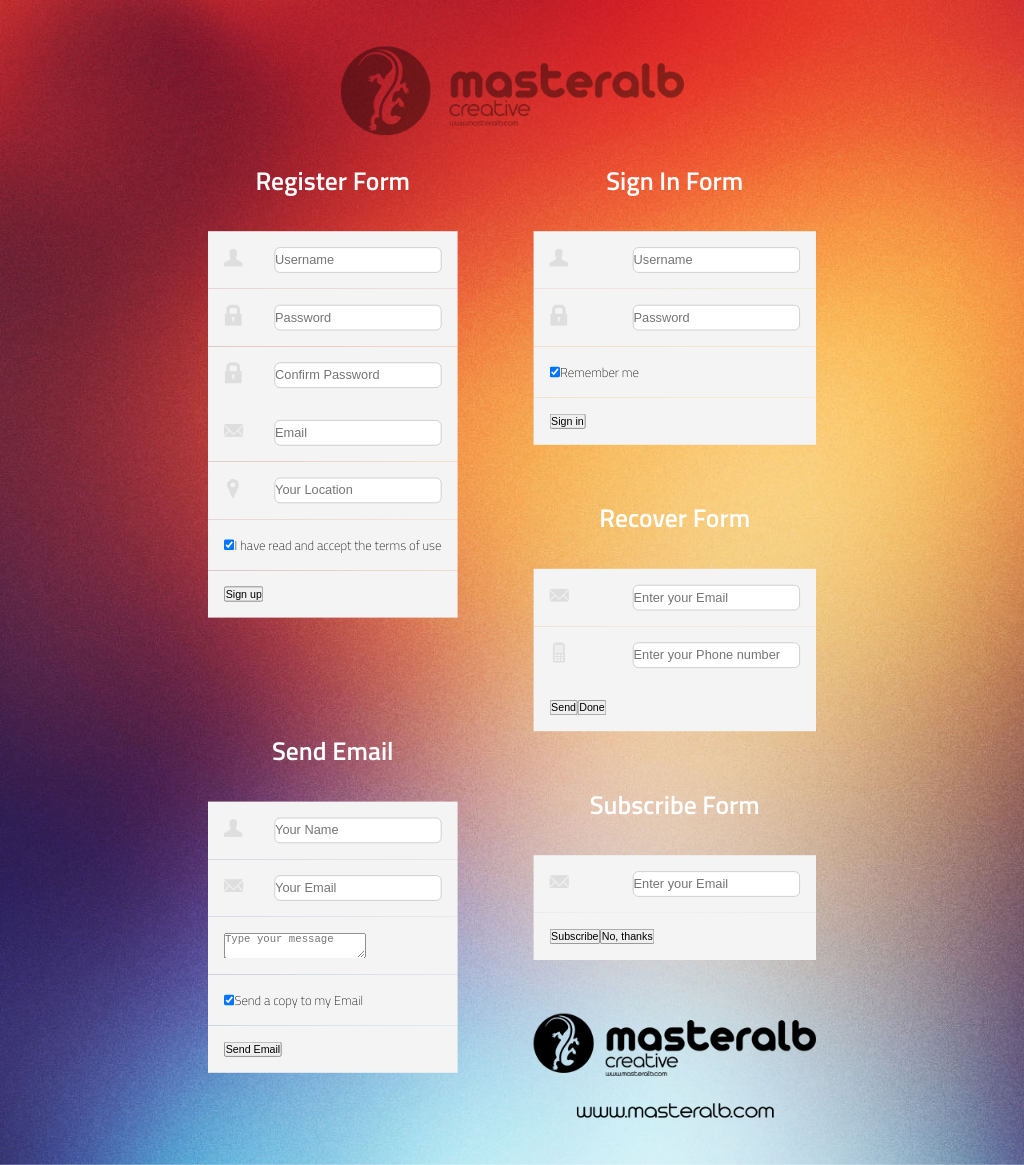
Repository: achwesiuk/PSD-Masteralb
Page: index.html
An editor plug-in stored every save of this project. The page is shown before and after the next save, followed by the edit.
The browser window is 1280 px wide. The pictures show the whole page, at 80% of full size.
Backgrounds fixed to the window are drawn as part of the page. The style sheet was rebuilt from its Sass, Less or Tailwind sources for each picture, by a compiler version that may differ from the author's.

Above is the page before, as saved 2021-03-12 19:34:37.

### index.html
<!DOCTYPE html>
<html lang="en">
<head>
    <meta charset="UTF-8">
    <meta http-equiv="X-UA-Compatible" content="IE=edge">
    <meta name="viewport" content="width=device-width, initial-scale=1.0">
    <title>Masteralb Creative</title>
    <link rel="stylesheet" type="text/css" href="css/main.css">
    <link href="https://fonts.googleapis.com/css2?family=Titillium+Web:wght@200;600&display=swap" rel="stylesheet">
</head>
<body>
    <header class="header">
        <img src="img/logo_1.png" alt="Logo 1" class="header__logo">
    </header>
    <main class="main">

        <div class="container">
            <h3 class="container__header">Register Form</h3>
            <form class="form">
                <div class="form__group">
                    <label for="name-1" class="form__desc">
                        <img src="img/username.png" alt="Username" class="form__img">
                    </label>
                    <span class="form__line"></span>
                    <input type="text" id="name-1" placeholder="Username" class="form__input" required>
                </div>

                <div class="form__group">
                    <label for="password-1" class="form__desc">
                        <img src="img/password.png" alt="Password" class="form__img">
                    </label>
                    <span class="form__line"></span>
                    <input type="password" id="password-1" placeholder="Password" class="form__input" required>
                </div>

                <div class="form__group">
                    <label for="confirm" class="form__desc">
                        <img src="img/password.png" alt="Password" class="form__img">
                    </label>
                    <span class="form__line"></span>
                    <input type="text" id="confirm" placeholder="Confirm Password" class="form__input" required>
                </div>

                <div class="form__group">
                    <label for="message-1" class="form__desc">
                        <img src="img/email.png" alt="Email" class="form__img">
                    </label>
                    <span class="form__line"></span>
                    <input type="email" id="message-1" placeholder="Email" class="form__input" required>
                </div>

                <div class="form__group">
                    <label for="location" class="form__desc">
                        <img src="img/icon_maps.png" alt="Location" class="form__img">
                    </label>
                    <span class="form__line"></span>
                    <input type="text" id="location" placeholder="Your Location" class="form__input" required>
                </div>

                <div class="form__group">
                    <input type="checkbox" name="terms" class="form__tick" checked>
                    <label class="form__desc">I have read and accept the terms of use</label>
                </div>

                <div class="form__group">
                    <input type="submit" value="Sign up" class="form__btn form__btn--big">
                </div>
            </form>
        </div>

        <div class="container">
            <h2 class="container__header">Send Email</h2>
            <form class="form">
                <div class="form__group">
                    <label for="name-2" class="form__desc">
                         <img src="img/username.png" alt="Username" class="form__img">
                    </label>
                    <span class="form__line"></span>
                    <input type="text" id="name-2" placeholder="Your Name" class="form__input" required>
                </div>

                <div class="form__group">
                    <label for="message-2" class="form__desc">
                        <img src="img/email.png" alt="Email" class="form__img">
                    </label>
                    <span class="form__line"></span>
                    <input type="email" id="message-2" placeholder="Your Email" class="form__input" required>
                </div>

                <div class="form__group">
                    <textarea name="message" placeholder="Type your message" class="form__message"></textarea>
                </div>

                <div class="form__group">
                    <input type="checkbox" name="terms" class="form__tick" checked>
                    <label class="form__desc">Send a copy to my Email</label>
                </div>

                <div class="form__group">
                    <input type="submit" value="Send Email" class="form__btn form__btn--big">
                </div>
            </form>
        </div>

        <div class="container">
            <h2 class="container__header">Sign In Form</h2>
            <form class="form">
                <div class="form__group">
                    <label for="name-3" class="form__desc">
                        <img src="img/username.png" alt="Username" class="form__img">
                    </label>
                    <span class="form__line"></span>
                    <input type="text" id="name-3" placeholder="Username" class="form__input" required>
                </div>

                <div class="form__group">
                    <label for="password-2" class="form__desc">
                        <img src="img/password.png" alt="Password" class="form__img">
                    </label>
                    <span class="form__line"></span>
                    <input type="password" id="password-2" placeholder="Password" class="form__input" required>
                </div>

                <div class="form__group">
                    <input type="checkbox" name="terms" class="form__tick" checked>
                    <label class="form__desc">Remember me</label>
                </div>

                <div class="form__group">
                    <input type="submit" value="Sign in" class="form__btn form__btn--big">
                </div>
            </form>
        </div>

        <div class="container">
            <h2 class="container__header">Recover Form</h2>
            <form class="form">
                <div class="form__group">
                    <label for="email-3" class="form__desc">
                        <img src="img/email.png" alt="Email" class="form__img">
                    </label>
                    <span class="form__line"></span>
                    <input type="email" id="email-3" placeholder="Enter your Email" class="form__input" required>
                </div>

                <div class="form__group">
                    <label for="number" class="form__desc">
                        <img src="img/phone.png" alt="Phone Number" class="form__img">
                    </label>
                    <span class="form__line"></span>
                    <input type="text" id="number" placeholder="Enter your Phone number" class="form__input" required>
                </div>

                <div class="form__group">
                    <input type="submit" value="Send" class="form__btn form__btn--small">
                    <input type="submit" value="Done" class="form__btn form__btn--small">
                </div>
            </form>
        </div>

        <div class="container">
            <h2 class="container__header">Subscribe Form</h2>
            <form class="form">
                <div class="form__group">
                    <label for="email-4" class="form__desc">
                        <img src="img/email.png" alt="Email" class="form__img">
                    </label>
                    <span class="form__line"></span>
                    <input type="email" id="email-4" placeholder="Enter your Email" class="form__input" required>
                </div>

                <div class="form__group">
                    <input type="submit" value="Subscribe" class="form__btn form__btn--small">
                    <input type="submit" value="No, thanks" class="form__btn form__btn--small">
                </div>
            </form>
        </div>

        <div class="container">
            <div class="logo-down">
                <img src="img/logo_2.png" alt="Logo" class="logo-down__img">
            </div>
        </div>
    </main>
</body>
</html>

### sass/main.scss
:root {
    --color-white: #fff;
    --color-grey-1: #f4f4f4;
    --color-grey-2: #dedede;
    --color-grey-3: #c6c6c6;
    --color-grey-4: #afafaf;

    --color-green-light: #bddb98;
    --color-green: #94d12d;
    --color-red: #f4495b;
    --color-black: #000;

    --shadow-dark: 0 2rem 6rem rgba(#000, .7);
    --shadow-light: 0 1px 2px rgba(#000, .3);
    --line: 1px solid var(--color-primary-2);
}

*,
*::before,
*::after{
    margin: 0;
    padding: 0;
    box-sizing: inherit;
}

html{
    font-size: 62.5%; //10px
}

body {
    box-sizing: border-box;
    max-width: 95rem;
    margin: 5.5rem auto;
    font-family: 'Titillium Web', sans-serif;
    background: url(../img/bg.jpg) no-repeat fixed center;
    background-size: cover;
    //min-height: 125rem;
}

.header {
    margin-bottom: 3rem;

     &__logo {
         display: block;
         margin: 0 auto;
         opacity: .4;
     }
}

.main {
    display: flex;
    flex-direction: column;
    flex-wrap: wrap;
    justify-content: space-between;
    align-content: space-evenly;
    height: 120rem;
}

.container {
    box-shadow: var(--shadow-dark);

    &__header {
        font-size: 3.2rem;
        font-weight: 600;
        color: var(--color-white);
        text-align: center;
        margin-bottom: 4rem;
    }
}

.form {
    display: flex;
    flex-direction: column;

    font-size: 1.6rem;
    margin-bottom: 6rem;

    &__group {
        display: flex;
        background-color: var(--color-grey-1);
        padding: 2rem;
    }

    &__desc {
        margin-right: auto;
    }

    &__img {
        align-items: center;
    }

    &__line {
        width: 1px;
        height: 10px;
        color: var(--color-grey-2);
        margin-right: 2rem;
    }

    &__input {
        color: var(--color-grey-4);
        font-size: inherit;
        border: 1px solid var(--color-grey-3);
        border-radius: .7rem;
        align-items: center;
        justify-content: center;
    }

}

After the next save:
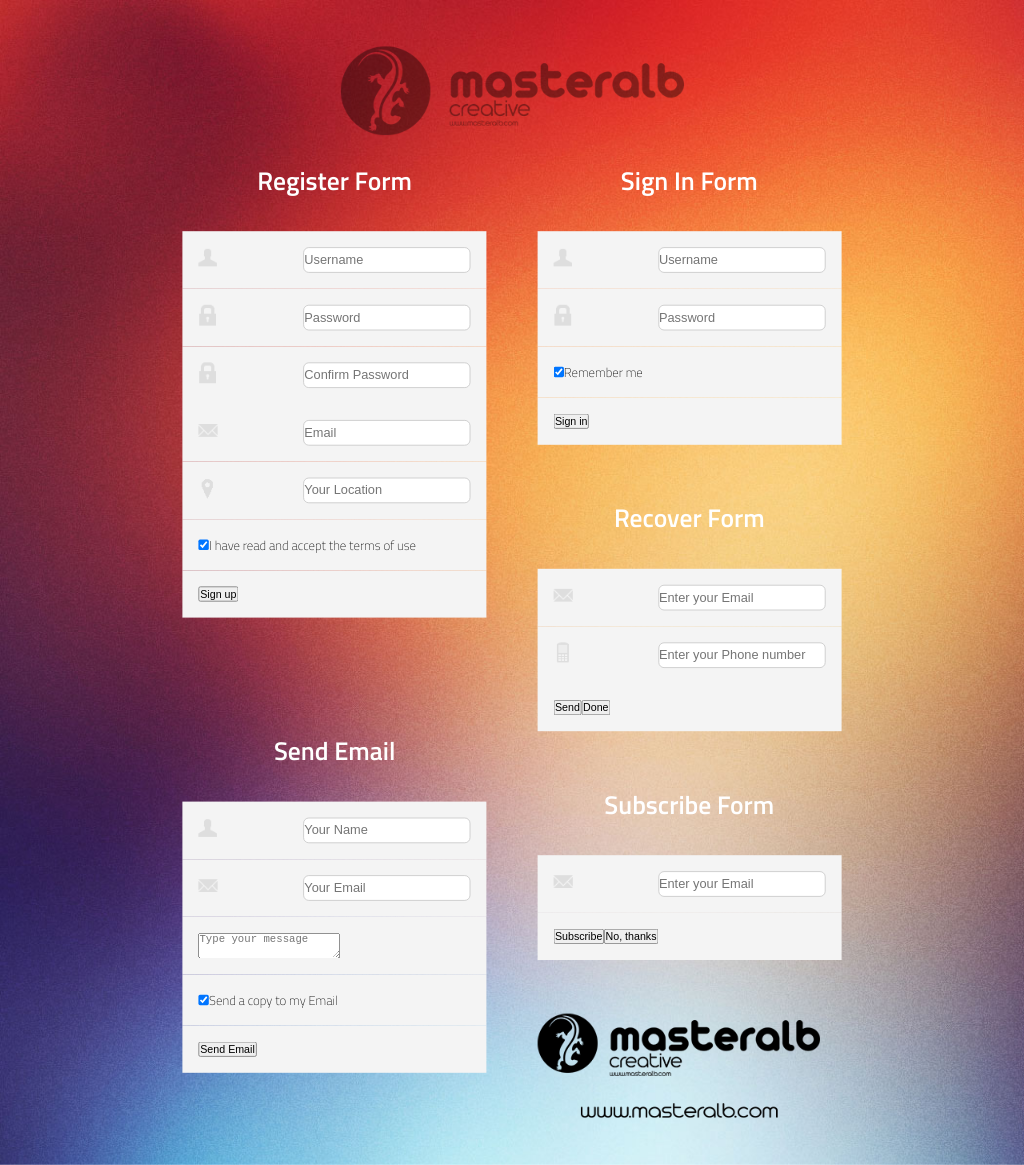
Saved 20 min 38 s later.
--- a/sass/main.scss
+++ b/sass/main.scss
@@ -72,6 +72,7 @@
     display: flex;
     flex-direction: column;
 
+    width: 38rem;
     font-size: 1.6rem;
     margin-bottom: 6rem;
 
@@ -101,7 +102,6 @@
         font-size: inherit;
         border: 1px solid var(--color-grey-3);
         border-radius: .7rem;
-        align-items: center;
         justify-content: center;
     }
 
